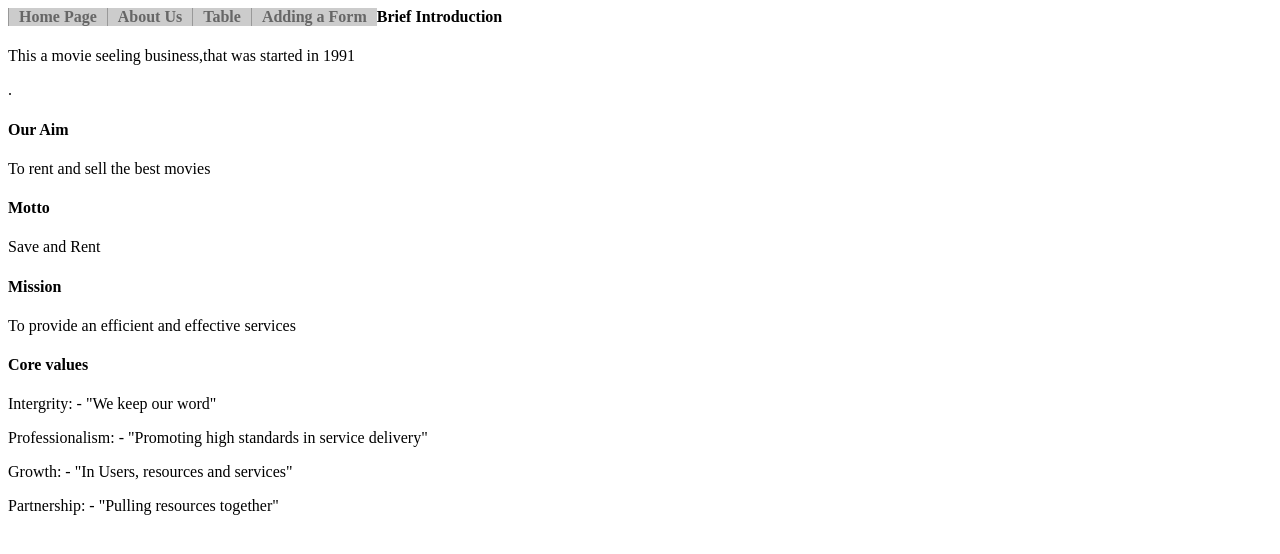
Repository: nellyk/Thephpsite
Page: http://localhost/
The author's editor kept a record of every edit. The page is drawn from the files as they stood at one moment, then again after the next edit.
The browser window is 1280 px wide. The pictures show the whole page.
The page is run by PHP 8.4 with error messages shown; the project is at /var/www/html/.

Above is the page before.

After the next edit:
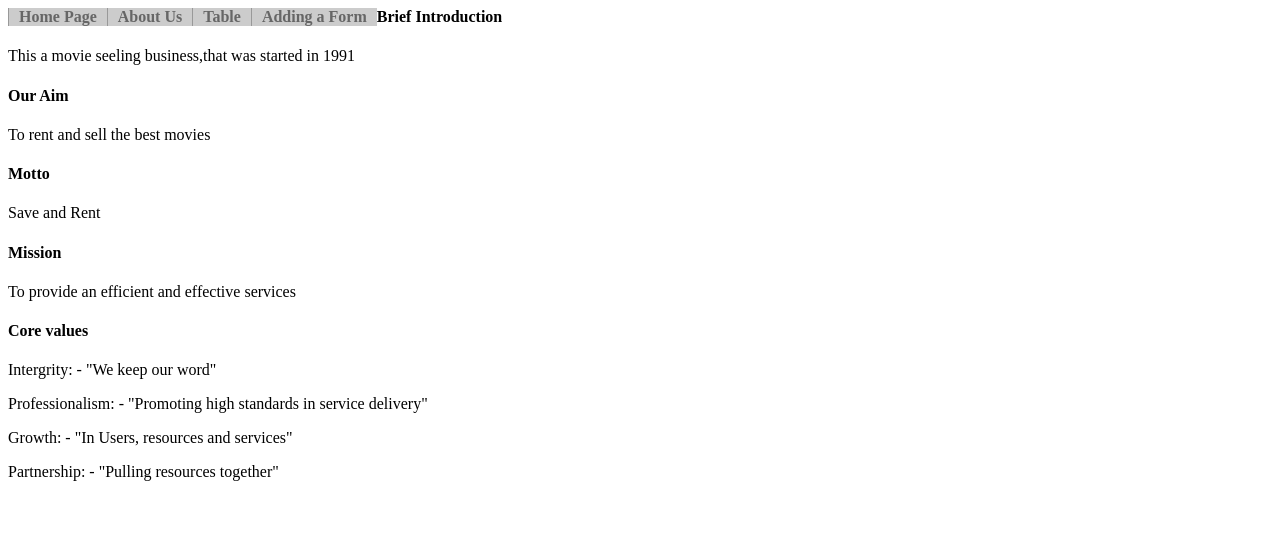
The edit:
--- a/index.php
+++ b/index.php
@@ -14,7 +14,7 @@
 </div>
 
 <h4>Brief Introduction</h4>
-<p>This a movie seeling business,that was started in 1991</p>.</p>
+<p>This a movie seeling business,that was started in 1991</p>
 <h4>Our Aim</h4>
 <p>To rent and sell the best movies</p>
 <h4>Motto</h4>
